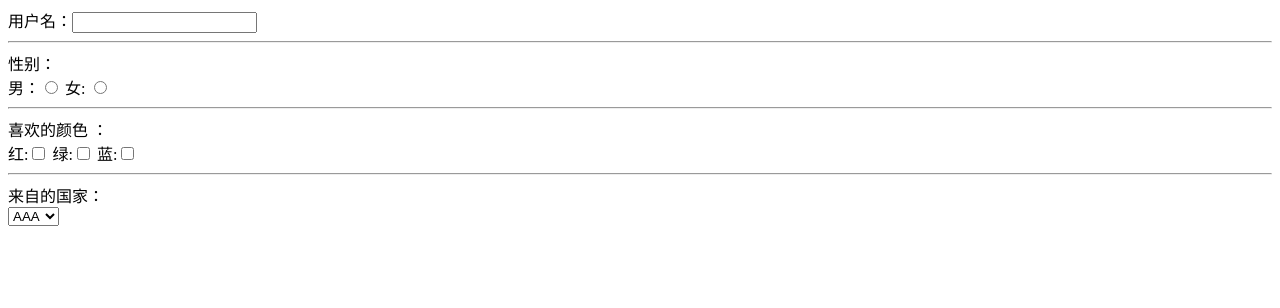
Repository: frankstar007/java
Page: http://localhost/CommentBoard/form.jsp
An editor plug-in stored every save of this project. The page is shown before and after the next save, followed by the edit.
The browser window is 1280 px wide. The pictures show the whole page.
The page is served by Tomcat 9.

Above is the page before, as saved 2016-05-16 01:09:42.

After the next save:
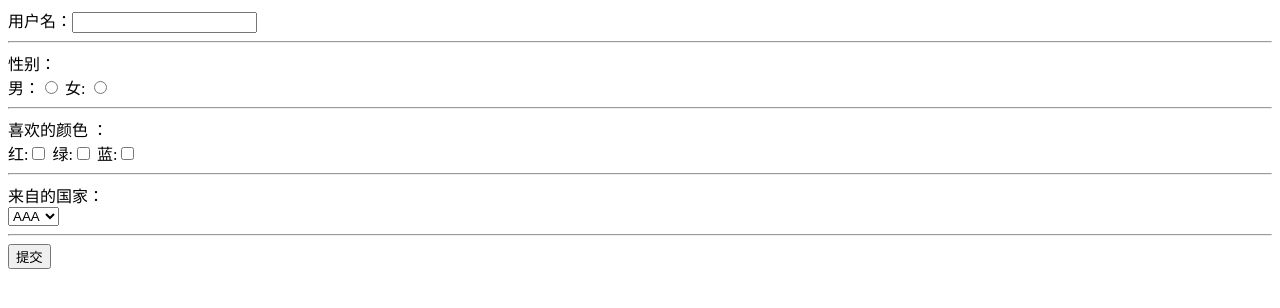
Saved 66 s later.
--- a/CommentBoard/WebContent/form.jsp
+++ b/CommentBoard/WebContent/form.jsp
@@ -23,7 +23,8 @@
 		 	<option value="AA">AAA</option>
 		 	<option value="BB">BBB</option>
 		 	<option value="CC">CCC</option>
-		 </select>
+		 </select><hr>
+		 <input type="submit" value="提交"
 
 	</form>
 </body>
